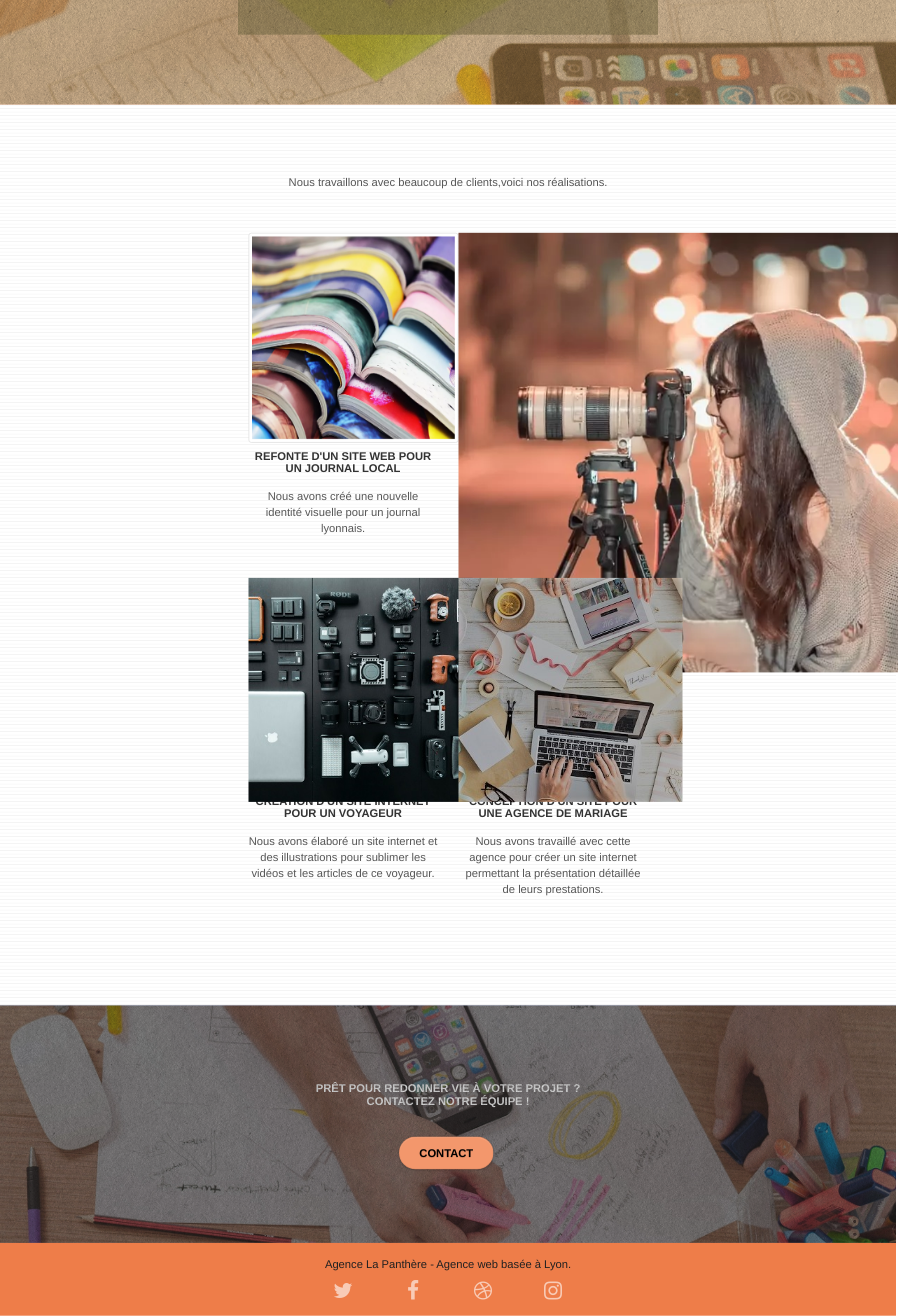
Repository: EtudianteHU/Uyarci_Hilal_4_code_012023
Page: index.html
The author's editor kept a copy of each file at every save. The page is drawn from the files as they stood at one save, then again after the next save.
The browser window is 1280 px wide. The page is 1283 px wide, so the pictures cover 1283 px, including what lies to the right of the window. The pictures show the part of the page from y = 1621 to 3501 px (the page is 3501 px tall), at 70% of full size.

Above is the page before, as saved 2023-03-01 13:08:56.

After the next save:
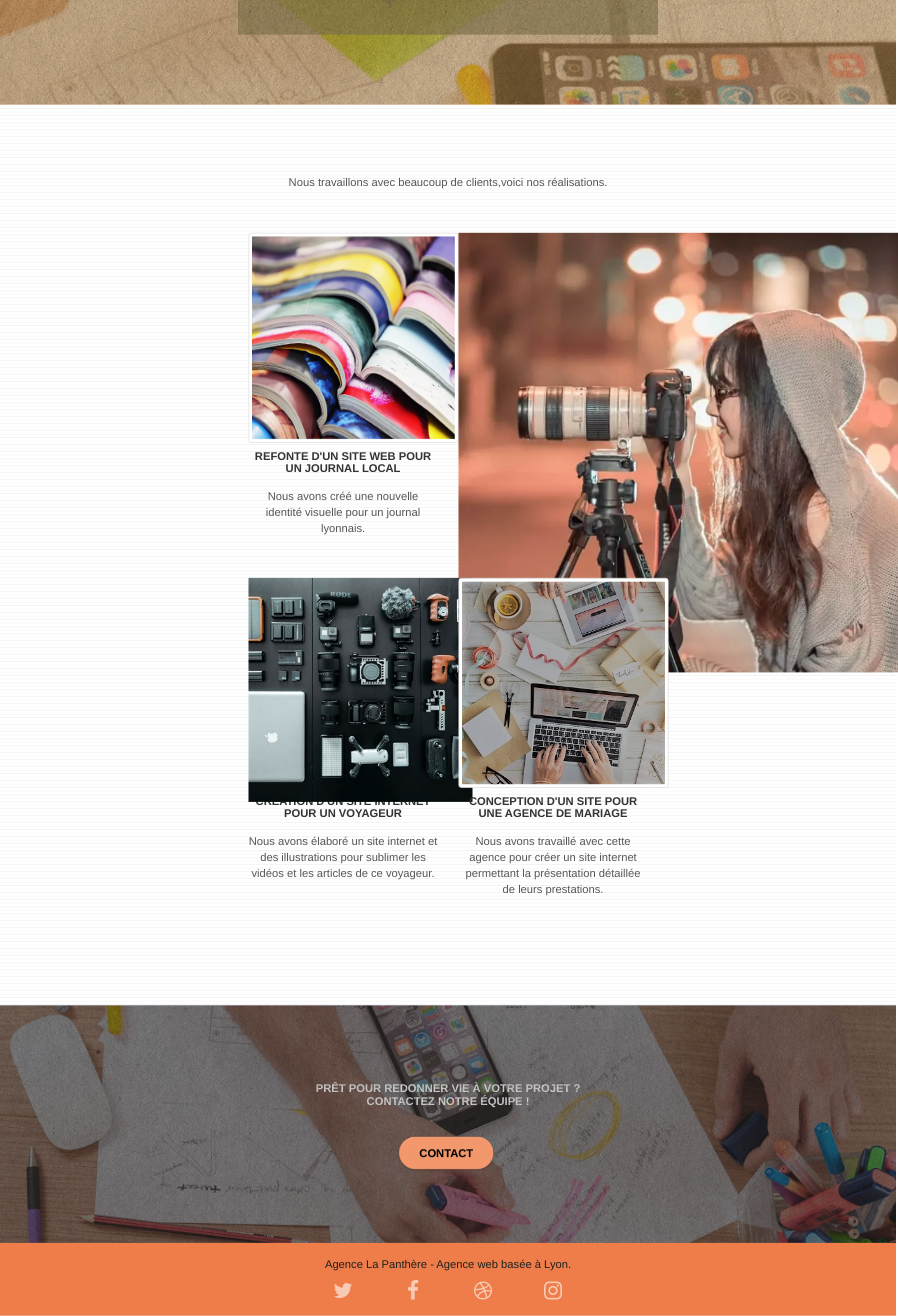
Saved 40 s later.
--- a/index.html
+++ b/index.html
@@ -312,7 +312,7 @@
                                 title="Présentation détaillée des prestations"
                                 ><img
                                     src="img/4.webp" loading="lazy"
-                                    class=""
+                                    class="img-fluid img-thumbnail portfolio-thumb"
                                     alt="personnes utilisant un ordinateur et une tablette"
                             /></a>
                             <h3 class="mg-md text-center">
